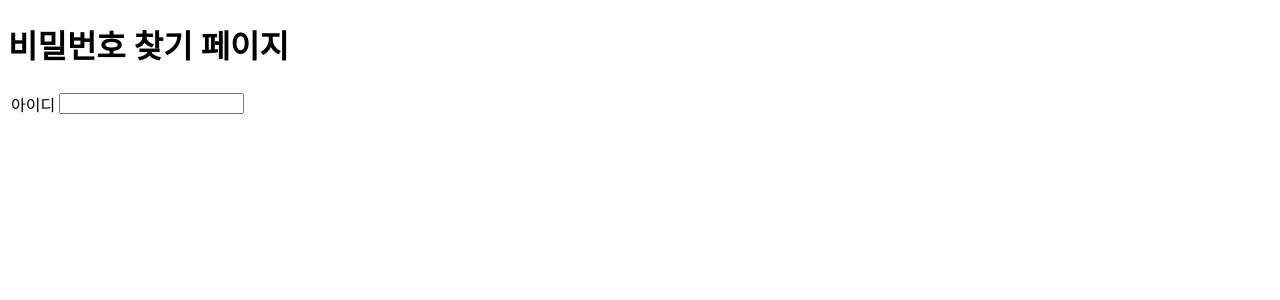
Repository: ksccmp/notice-board
Page: http://localhost/board/search.jsp
An editor plug-in stored every save of this project. The page is shown before and after the next save, followed by the edit.
The browser window is 1280 px wide. The pictures show the whole page.
The page is served by Tomcat 9. Nobody is signed in. The application's start-up code is not run. Other server files are loaded and not shown.

Above is the page before, as saved 2019-10-07 11:50:43.

### board/src/main/webapp/search.jsp
<%@ page language="java" contentType="text/html; charset=UTF-8"
    pageEncoding="UTF-8"%>
<!DOCTYPE html PUBLIC "-//W3C//DTD HTML 4.01 Transitional//EN" "http://www.w3.org/TR/html4/loose.dtd">
<html>
<head>
<meta http-equiv="Content-Type" content="text/html; charset=UTF-8">
<title>Insert title here</title>
</head>
<body>
	<h1>비밀번호 찾기 페이지</h1>
	<table>
		<tr>
			<td>아이디</td>
			<td><input type="text" name="id" id="id"></td>
		</tr>
	</table>
</body>
</html>

After the next save:
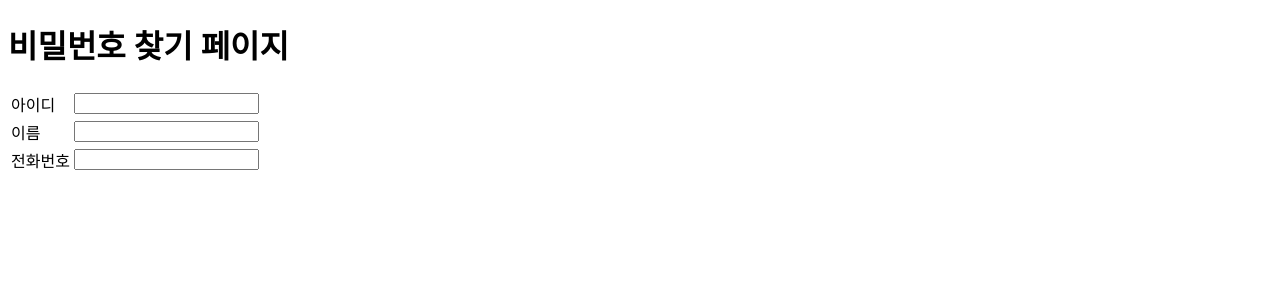
Saved 38 s later.
--- a/board/src/main/webapp/search.jsp
+++ b/board/src/main/webapp/search.jsp
@@ -13,6 +13,16 @@
 			<td>아이디</td>
 			<td><input type="text" name="id" id="id"></td>
 		</tr>
+
+		<tr>
+			<td>이름</td>
+			<td><input type="text" name="name" id="name"></td>
+		</tr>
+
+		<tr>
+			<td>전화번호</td>
+			<td><input type="text" name="number" id="number"></td>
+		</tr>
 	</table>
 </body>
 </html>
